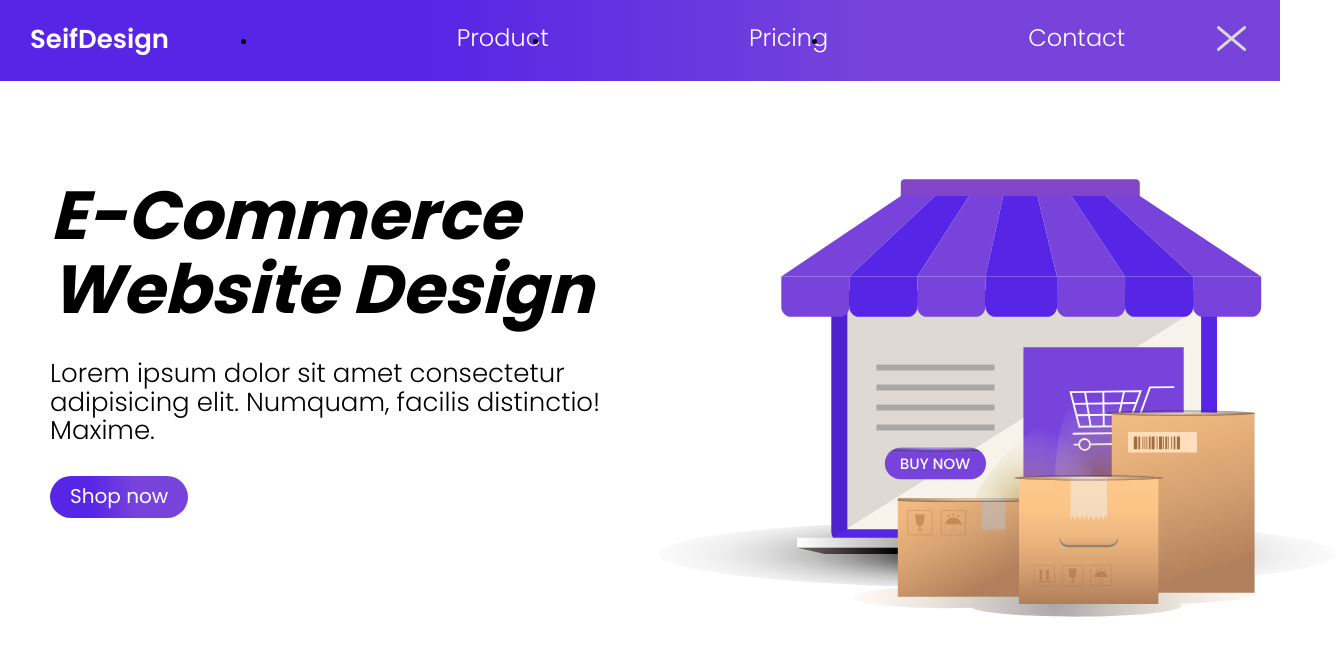
Repository: MehdiKerimov/figma-task-19
Page: pages/homePage/index.html
The author's editor kept a copy of each file at every save. The page is drawn from the files as they stood at one save, then again after the next save.
The browser window is 1280 px wide. The page is 1336 px wide, so the pictures cover 1336 px, including what lies to the right of the window. The pictures show the whole page.
The style sheet was rebuilt from its Sass, Less or Tailwind sources for each picture, by a compiler version that may differ from the author's.

Above is the page before, as saved 2024-01-20 15:47:15.

### pages/homePage/index.html
<!DOCTYPE html>
<html lang="en">
  <head>
    <meta charset="UTF-8" />
    <meta name="viewport" content="width=device-width, initial-scale=1.0" />
    <title>Document</title>
    <link rel="stylesheet" href="../../assets/css/reset.css" />
    <link rel="stylesheet" href="index.css" />
  </head>
  <body>
    <div class="container">
      <nav>
        <h1>SeifDesign</h1>
        <ul>
          <li>
                    <a href="">Product</a>

          </li>
          <li>
                    <a href="">Pricing</a>

          </li>
          <li>        <a href="">Contact</a>
</li>
        </ul>

        <button class="open-btn">
          <svg xmlns="http://www.w3.org/2000/svg" width="37" height="38" viewBox="0 0 37 38" fill="none">
            <rect y="9.5" width="37" height="3" rx="1.5" fill="#D9D9D9"/>
            <rect y="17.5" width="37" height="3" rx="1.5" fill="#D9D9D9"/>
            <rect y="25.5" width="37" height="3" rx="1.5" fill="#D9D9D9"/>
          </svg>
        </button>

        <button class="close-btn">
          <svg xmlns="http://www.w3.org/2000/svg" width="37" height="38" viewBox="0 0 37 38" fill="none">
            <rect x="3.36389" y="29.2425" width="37" height="3" rx="1.5" transform="rotate(-40 3.36389 29.2425)" fill="#D9D9D9"/>
            <rect x="5.29236" y="5.45935" width="37" height="3" rx="1.5" transform="rotate(40 5.29236 5.45935)" fill="#D9D9D9"/>
          </svg>
        </button>
      </nav>
      <div class="menu-list">
        <a href="#">Product</a>
        <a href="#">Pricing</a>
        <a href="#">Contact</a>

      </div>
      <main>
        <div class="left-container">
          <h2>E-Commerce Website Design</h2>
          <p>
            Lorem ipsum dolor sit amet consectetur adipisicing elit. Numquam,
            facilis distinctio! Maxime.
          </p>
          <button><a href="">Shop now</a></button>
        </div>

        <img src="../../assets/images/Group (3).svg" alt="" />
      </main>
    </div>
  </body>
  <script src="./index.js"></script>
</html>

### assets/css/reset.css
*{
    margin: 0;
    padding: 0;
    box-sizing: border-box;
}

button{
    border: none;
    background: none;
}
a{
    text-decoration: none;
}

### pages/homePage/index.js
let openBtn =document.querySelector('.open-btn')
let menuList =document.querySelector('.menu-list')
// open  menu list
openBtn.addEventListener('click', openMenu)

function openMenu(){
menuList.style.display='flex'
}

### pages/homePage/index.scss
@import url("https://fonts.googleapis.com/css2?family=Poppins:wght@300;400;600;700&display=swap");
.container {
  min-height: 100vh;
  /* padding: 30px 30px 43px 30px; */
  nav {
    padding: 20px 30px;
    display: flex;
    justify-content: space-between;
    background: linear-gradient(270deg, #7743db 31.64%, #5725e5 66.78%);
    h1 {
      color: #fff;
      font-family: Poppins;
      font-size: 26px;
      font-style: normal;
      font-weight: 600;
      line-height: normal;
    }
    ul{
      display: flex;
      @media screen and (max-width:1024px) {
      display: none;;
      }
      a {
        text-decoration: none;
        margin-left: 200px;
        color: #fff;
        text-align: center;
        font-family: Poppins;
        font-size: 24px;
        font-style: normal;
        font-weight: 300;
        line-height: normal;
      }
    }
.open-btn{
display: none;
@media screen and (max-width:1024px) {
display: block;
}

}

  }
  .menu-list{
    width: 100%;
    background: linear-gradient(270deg, #7743DB 31.64%, #5725E5 66.78%);
box-shadow: 0px 26px 50px 14px rgba(0, 0, 0, 0.20);
display: flex;
flex-direction: column;
align-items: center;
justify-content: center;
padding: 20px 30px;
display: none;
position: absolute;
a{
  color: #FFF;
text-align: center;
font-family: Poppins;
font-size: 24px;
font-style: normal;
font-weight: 300;
line-height: normal;
margin-bottom: 50px;
}
  }
  main {
    display: flex;
    padding: 98px 50px 43px 50px;
    @media screen and (max-width:1024px) {
      flex-direction: column-reverse;
    }
    h2 {
      width: 608px;
      font-family: Poppins;
      font-size: 68px;
      font-style: italic;
      font-weight: 700;
      line-height: 109%;
    }
    p {
      margin-top: 32px;
      margin-bottom: 32px;
      width: 608px;
      color: #000;
      font-family: Poppins;
      font-size: 26px;
      font-style: normal;
      font-weight: 300;
      line-height: 109%;
    }
    button {
      padding: 10px 20px;
      border-radius: 25px;
      background: linear-gradient(263deg, #7743db 38.81%, #5725e5 70.24%);
      a {
        color: #fff;
        font-family: Poppins;
        font-size: 20px;
        font-style: normal;
        font-weight: 400;
        line-height: 109%;
      }
    }
  }
}

After the next save:
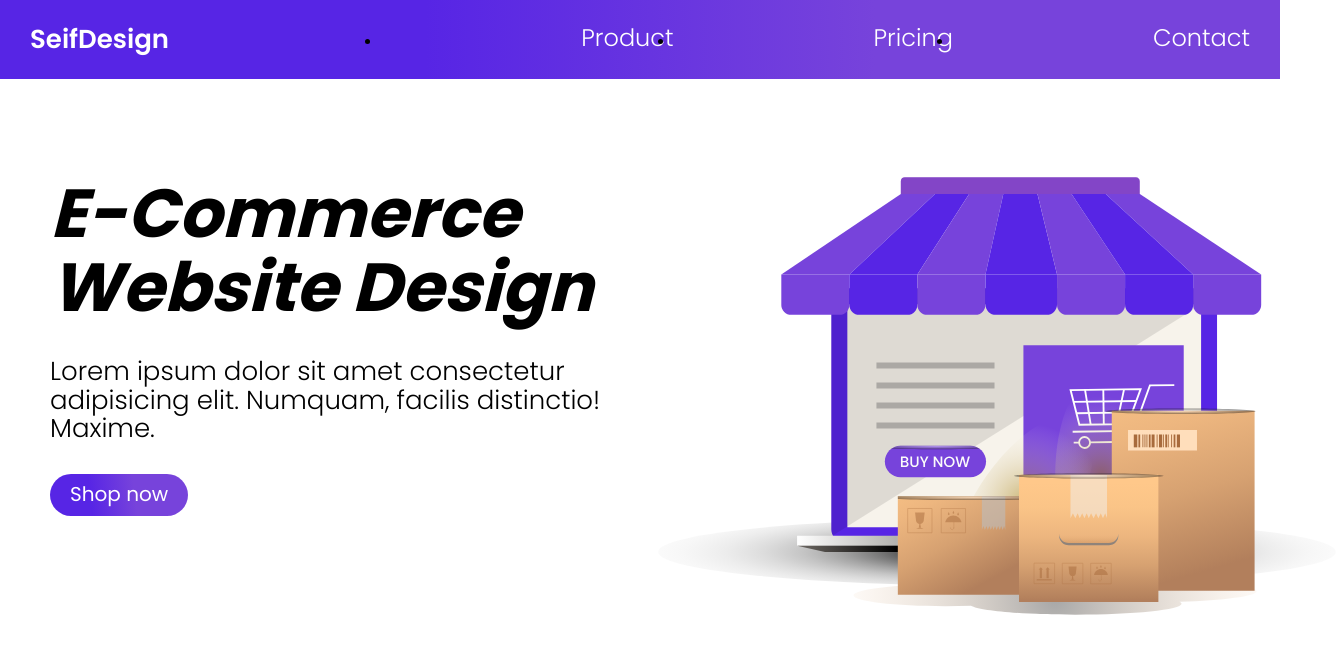
Saved 1 s later.
--- a/pages/homePage/index.scss
+++ b/pages/homePage/index.scss
@@ -39,7 +39,9 @@ display: block;
 }
 
 }
-
+.close-btn{
+  display: none;
+}
   }
   .menu-list{
     width: 100%;
